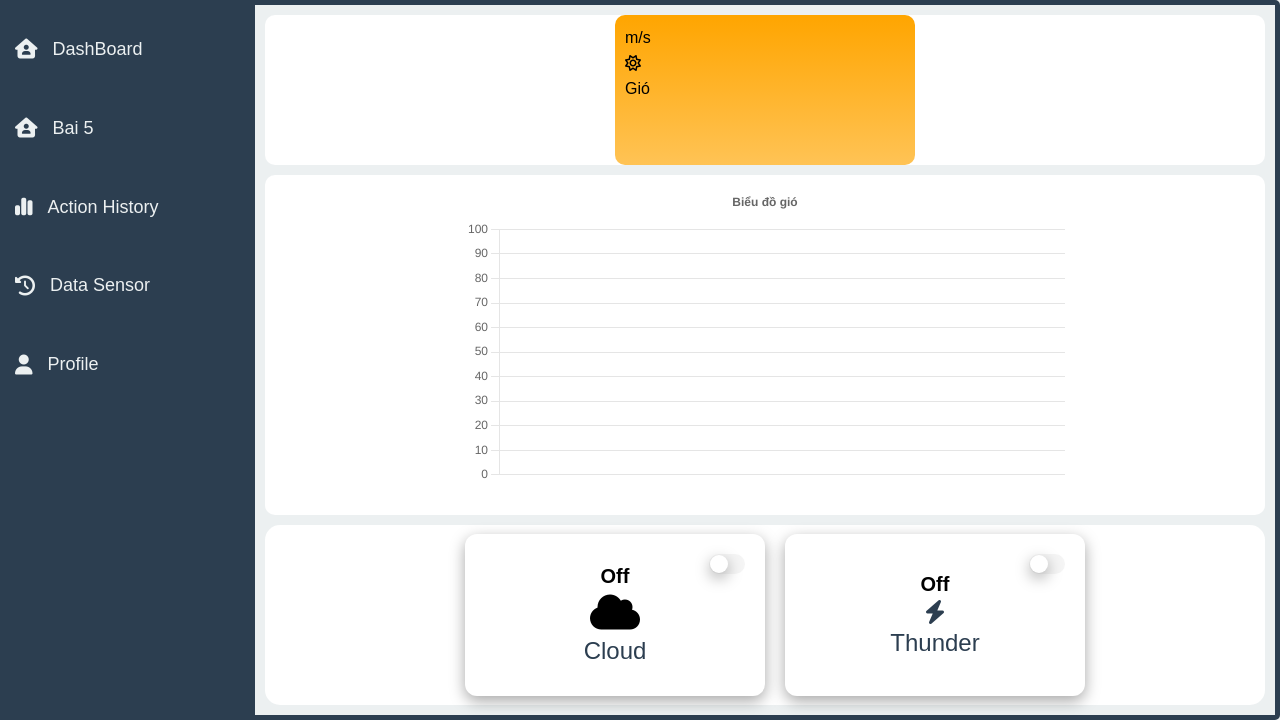
Repository: duongnoob23/duyyyy
Page: /bai5 (app in iot/)
These files come from the project's save history. The page is drawn as it stood at one moment and after the next save; the edit follows.
The browser window is 1280 px wide. The page is 1285 px wide, so the pictures cover 1285 px, including what lies to the right of the window. The pictures show the whole page.
The page's requests for data from a server got no answer. Some web libraries are served in a nearby version. The project was rebuilt for these pictures with package versions that can differ from the ones it lists, and the page was loaded fresh each time. No one was signed in, and anything a server would have sent is missing. Also part of the build but not shown: iot/src/App.css, iot/src/Components/Doughnut/GaugeChart.js, iot/src/Components/LineChart/LineChartECharts.js, iot/src/Pages/Home/Home.js, iot/src/Pages/DataLogs/DataLogs.js, iot/src/Pages/Profile/Profile.css, iot/src/Pages/Profile/Profile.js, iot/src/Pages/Action/Action.js and 1 more.

Above is the page before, as saved 2024-12-02 22:05:22.

### iot/public/index.html
<!DOCTYPE html>
<html lang="en">
  <head>
    <meta charset="utf-8" />
    <link rel="icon" href="%PUBLIC_URL%/favicon.ico" />
    <meta name="viewport" content="width=device-width, initial-scale=1" />
    <meta name="theme-color" content="#000000" />
    <meta
      name="description"
      content="Web site created using create-react-app"
    />
    <link rel="apple-touch-icon" href="%PUBLIC_URL%/logo192.png" />
    <!--
      manifest.json provides metadata used when your web app is installed on a
      user's mobile device or desktop. See https://developers.google.com/web/fundamentals/web-app-manifest/
    -->
    <link rel="manifest" href="%PUBLIC_URL%/manifest.json" />
    <!--
      Notice the use of %PUBLIC_URL% in the tags above.
      It will be replaced with the URL of the `public` folder during the build.
      Only files inside the `public` folder can be referenced from the HTML.

      Unlike "/favicon.ico" or "favicon.ico", "%PUBLIC_URL%/favicon.ico" will
      work correctly both with client-side routing and a non-root public URL.
      Learn how to configure a non-root public URL by running `npm run build`.
    -->
    <link rel="stylesheet" href="https://cdnjs.cloudflare.com/ajax/libs/font-awesome/6.6.0/css/all.min.css" integrity="sha512-Kc323vGBEqzTmouAECnVceyQqyqdsSiqLQISBL29aUW4U/M7pSPA/gEUZQqv1cwx4OnYxTxve5UMg5GT6L4JJg==" crossorigin="anonymous" referrerpolicy="no-referrer" />
    <title>React App</title>
    <script src="https://code.highcharts.com/highcharts.js"></script>
  </head>
  <body>
    <noscript>You need to enable JavaScript to run this app.</noscript>
    <div id="root"></div>
    <!--
      This HTML file is a template.
      If you open it directly in the browser, you will see an empty page.

      You can add webfonts, meta tags, or analytics to this file.
      The build step will place the bundled scripts into the <body> tag.

      To begin the development, run `npm start` or `yarn start`.
      To create a production bundle, use `npm run build` or `yarn build`.
    -->
  </body>
</html>

### iot/src/index.js
import React from 'react';
import { DatePicker } from 'antd';
import ReactDOM from 'react-dom/client';
import './index.css';
import App from './App';
import reportWebVitals from './reportWebVitals';
import { BrowserRouter } from 'react-router-dom';


const root = ReactDOM.createRoot(document.getElementById('root'));
root.render(
  // <React.StrictMode>
  <BrowserRouter>
    <App />
  </BrowserRouter>

  // </React.StrictMode>
);


reportWebVitals();

### iot/src/index.css
body {
  margin: 0;
  font-family: -apple-system, BlinkMacSystemFont, 'Segoe UI', 'Roboto', 'Oxygen',
    'Ubuntu', 'Cantarell', 'Fira Sans', 'Droid Sans', 'Helvetica Neue',
    sans-serif;
  -webkit-font-smoothing: antialiased;
  -moz-osx-font-smoothing: grayscale;
}

code {
  font-family: source-code-pro, Menlo, Monaco, Consolas, 'Courier New',
    monospace;
}

*{
  box-sizing: border-box;
  font-family: Arial, Helvetica, sans-serif;
}

html{
  font-size: 62.5%;
}

ul,li{
  list-style-type: none;
  margin: 0;
  padding:0;
}
a{
  text-decoration: none;
}

body{
  margin: 0;
  padding: 0;

}

### iot/src/App.js
// import logo from './logo.svg';
import './App.css';
import Layout from './Components/Layout/Layout';
import { Routes,Route} from 'react-router-dom';
import Home from './Pages/Home/Home';
import DataLogs from './Pages/DataLogs/DataLogs';
import Profile from './Pages/Profile/Profile';
import Action from './Pages/Action/Action';
import Bai5 from './Pages/Bai5/Bai5';
function App() {
  return (
    <>

      <Routes>
          <Route path="/" element = {<Layout/>}>
            <Route path='home' element={<Home/>}/>
            <Route path='bai5' element={<Bai5 />}/>
            <Route path='datalogs' element={<DataLogs/>}/>
            <Route path='profile' element={<Profile/>}/>
            <Route path='action' element={<Action/>}/>
          </Route>
      </Routes>
    </>
  );
}

export default App;

### iot/src/Components/Layout/Layout.js
import './Layout.css'
import { Link, Outlet, } from "react-router-dom";
// import { useState } from "react";

function Layout(){

    return (
        <>

        <div className="dashBoard">
        <div className="sideBar">
            <ul className="sideBar-list">
                <li className="sideBar-item">
                    {/* <a  href="#" className="sideBar-icon">
                        <i className="fa-solid fa-house-user">
                        </i>
                        <span className='sideBar-text'>DashBoard</span>
                    </a> */}
                    <Link className='sideBar-icon' to={"/home"}>
                        <i className="fa-solid fa-house-user">
                        </i>
                        <span className='sideBar-text'>DashBoard</span>
                    </Link>
                </li>
                <li className="sideBar-item">
                    <Link className='sideBar-icon' to={"/bai5"}>
                        <i className="fa-solid fa-house-user">
                        </i>
                        <span className='sideBar-text'>Bai 5</span>
                    </Link>
                </li>
                <li className="sideBar-item">
                <Link  className="sideBar-icon" to={"/action"}>
                    <i className="fa-solid fa-chart-simple"></i>
                        <span className='sideBar-text'>Action History</span>
                    </Link>
                </li>
                <li className="sideBar-item">
                    <Link className="sideBar-icon" to={"/datalogs"} >
                    <i className="fa-solid fa-clock-rotate-left"></i>
                        <span className='sideBar-text'> Data Sensor</span>
                    </Link>
                </li>
                <li className="sideBar-item">

                    <Link className="sideBar-icon" to={"/profile"}>
                        <i className="fa-solid fa-user"></i>
                        <span className='sideBar-text'>Profile</span>
                    </Link>
                </li>
            </ul>
        </div>
        <div className="sideMain">
            <Outlet/>
        </div>
    </div>
        </>
    )
}

export default Layout;

### iot/src/Components/Layout/Layout.css


/* Reset default padding and margins */
* {
    margin: 0;
    padding: 0;
    box-sizing: border-box;
}

/* DashBoard container */
.dashBoard {
    display: flex;
    height : 100vh;
    font-family: 'Roboto', sans-serif;
}

/* SideBar styling */
.sideBar {
    width: 250px;
    background-color: #2c3e50;
    padding: 20px 0;
    position: fixed;
    height: 100%;
    transition: all 0.3s ease;
}

.sideBar-list {
    list-style: none;
    padding-left: 0;
}

.sideBar-item {
    margin-bottom: 20px;
}

.sideBar-icon {
    display: flex;
    align-items: center;
    padding: 15px;
    color: #ecf0f1;
    text-decoration: none;
    transition: background 0.3s ease, color 0.3s ease;
}

.sideBar-icon i {
    margin-right: 15px;
    font-size: 20px;
}

/* Hover effect for sidebar items */
.sideBar-icon:hover {
    background-color: #34495e;
    color: #1abc9c;
    cursor: pointer;
    padding-left: 25px; /* Add a slide effect */
    transition: all 0.3s ease;
}

.sideBar-text {
    font-size: 18px;
}

/* Active link effect */
.sideBar-icon.active {
    background-color: #1abc9c;
    color: #fff;
    border-radius: 8px;
    transition: all 0.3s ease;
}

/* SideMain styling */
.sideMain {
    margin-left: 250px;
    background-color: #ecf0f1;
    flex-grow: 1;
}

/* Responsive Design */
@media screen and (max-width: 768px) {
    .sideBar {
        width: 200px;
    }

    .sideBar-icon {
        padding: 10px;
    }

    .sideMain {
        margin-left: 200px;
        padding: 20px;
    }
}

@media screen and (max-width: 576px) {
    .sideBar {
        width: 60px;
    }

    .sideBar-icon i {
        margin-right: 0;
        text-align: center;
        flex: 1;
    }

    .sideBar-text {
        display: none;
    }

    .sideMain {
        margin-left: 60px;
        padding: 10px;
    }
}

### iot/src/Pages/Home/Home.css
/* General Styling */
.main {
    display: flex;
    flex-direction: column;
    height : 100%; /* Chiếm toàn bộ chiều cao của màn hình */

    box-sizing: border-box; /* Đảm bảo padding không làm thay đổi kích thước */
}

.section {
  width: 100%;
  height : 100%;
}



.section-one{
    width: 100%;
    height : 100%;
    display: flex;
    flex-direction: row;

}

.left{
  width: 75%;
}

.right{
  width: 25%;
}

.sensor{
    height: 30%;
}


.sensor-list {
    height: 100%;
    display: flex;
    list-style-type: none;
    padding: 0;
    margin: 0;
    justify-content: space-between; /* Rải đều các phần tử trong container */
    width: 100%; /* Chiếm toàn bộ chiều rộng của màn hình */
}

.sensor-item {
    flex: 1; /* Các phần tử sẽ tự động chiếm đều không gian */
    /* padding: 5px; */
    background-color: #ffffff;
    border-radius: 12px;
    box-shadow: 0 4px 12px rgba(0, 0, 0, 0.1);
    display: flex;
    flex-direction: column;
    align-items: center;
    text-align: center;
    margin: 10px;
    min-width: 50px; /* Đảm bảo các phần tử không quá nhỏ */
}
  .sensor-item .sensor-digit {
    font-size: 1.2em;
    font-weight: bold;
    margin-bottom: 5px;
    color: #333;
  }

  .sensor-item:nth-child(2){
    /* margin:10px 20px; */
  }

  .sensor-bar {
    width: 100%;
    height: 100px;
    background-color: #e0e0e0;
    border-radius: 8px;
    position: relative;
    overflow: hidden;
    margin: 10px 0;
  }

  .sensor-fill {
    position: absolute;
    bottom: 0;
    width: 100%;
    border-radius: 8px;
  }

  .sensor-item.light .sensor-fill {
    background-color: #ffb74d; /* Soft orange for light */
  }

  .sensor-item.temperature .sensor-fill {
    background-color: #ef5350; /* Soft red for temperature */
  }

  .sensor-item.humidity .sensor-fill {
    background-color: #42a5f5; /* Soft blue for humidity */
  }

  .label {
    font-size: 0.9em;
    font-weight: 600;
    color: #777;
  }
  /* Chart Section */
  .chart {
    height: 70%;
    width: 100%;
    /* margin-top: 20px; */
    /* margin: 15px; */
    padding: 0;
  }
.styleChart{
  aspect-ratio: 7/3;
}
  /* Electric Section */
  .electric {
    width: 100%;
    margin-top: 5px;
  }

  .electric-list {
    list-style: none;
    padding: 0;
    margin: 0;
    display: flex;
    flex-direction: column;
    justify-content: space-around;
    gap: 15px;
  }

  .electric-item {
    /* flex: 1; */
    text-align: center;
    padding: 20px;
    background-color: #f9f9f9;
    border-radius: 10px;
    box-shadow: 0px 4px 10px rgba(0, 0, 0, 0.1);
    transition: transform 0.3s ease, box-shadow 0.3s ease;
    width: 300px;
  }




  .electric-box {
    position: relative;
    margin-bottom: 10px;
  }

  .electric-input {
    display: none;
  }

  .electric-label {
    display: block;
    width: 60px;
    height: 30px;
    background-color: #ddd;
    border-radius: 15px;
    position: relative;
    cursor: pointer;
    transition: background-color 0.3s;
  }



  .electric-input:checked + .electric-label {
    background-color: #4caf50;
  }

  .electric-input:checked + .electric-label:before {
    left: 31px;
  }

  .on-off {
    font-weight: bold;
    margin-top: 8px;
    font-size: 16px;
  }

  .electric-item i {
    font-size: 36px;
    color: #4caf50;
  }

  .electric-item .light-icon,
  .electric-item .temp-icon,
  .electric-item .air-icon {
    color: #aaa;
  }

/* css button  */

### iot/src/Components/Helper/URL.js
export const URL = "http://localhost:3001";

### iot/src/Pages/DataLogs/DataLogs.css
*{
    box-sizing: border-box;
}
.table {
    width: 90%;
    border-collapse: collapse;
    margin: 10px;
    border-radius:10px;
    overflow: hidden;
}

.data{
    border:5px solid #2c3e50;
    border-radius: 0 5px 5px 0;
    height: 100%;
}

.table__body{
    border-radius: 10px;
    border: 2px solid #2c3e50;
}

.table__head{
    border: 2px solid #2c3e50;
}
th, td {
    padding: 10px;
    text-align: center;
    border-bottom: 1px solid #ddd;
}
th {
    background-color: #2c3e50;
    color: white;
}

.table-row__body{
    transition: all 0.1s linear;

}
.table-row__body:nth-child(even){
    background-color: #eee;

}
.table-row__body:hover{
    background-color: #2c3e50;
    color: #F4C427;

}

.table-row__body:active{
    background-color: #2c3e50;
    color: #F4C427;
}
.data__title{
    margin-left: 10px;
    font-size: 20px;
    font-weight: bold;
}

.data__sort{
    margin-left: 10px;
    font-size: 15px;
    font-weight: bold;
    margin-bottom: 10px;

}

.data__in{
    border-radius: 10px;
    border: 2px solid #7A40F2;
    margin: 10px;
}

### iot/src/Pages/Action/Action.css
* {
    box-sizing: border-box;
    font-family: 'Arial', sans-serif; /* Change this to your preferred font */
    font-size: 16px; /* Default font size */
    line-height: 1.6; /* Controls line spacing */
}


.action {
    border: 5px solid #2c3e50;
    border-radius: 0 5px 5px 0;
    height: 100vh; /* Full viewport height */
    display: flex;
    flex-direction: column;
    justify-content: space-between; /* Distribute space evenly */
}

.action-title {
    margin-left: 10px;
    font-size: 24px;
    font-weight: bold;
    margin-bottom: 20px;
}

.option {
    display: flex;
    align-items: center;
    margin-bottom: 20px;
}

.search {
    margin-left: 20px;
    display: flex;
    align-items: center;
}

.search__input {
    padding: 8px 15px;
    border-radius: 8px;
    outline: none;
    border: 1px solid #2c3e50;
    margin-right: 5px;
    font-size: 16px;
}

.search__icon {
    cursor: pointer;
    font-size: 20px;
    color: #2c3e50;
}

.select, .select2 {
    margin-left: auto;
    padding: 0 10px;
}

.select__list {
    padding: 8px 12px;
    border-radius: 8px;
    border: 1px solid #2c3e50;
    outline: none;
    font-size: 16px;
}

/* Table container to control overflow */
.table__container {
    flex-grow: 1;
    overflow-y: auto;
    border-radius: 10px;
    margin: 0 20px;
    padding-bottom: 20px;
}

.table {
    width: 100%;
    border-collapse: collapse;
}

.table__head {
    background-color: #2c3e50;
    color: white;
    border-radius: 10px 10px 0 0;
}

.table-row__head th, .table-row__body td {
    padding: 10px;
    text-align: center;
}

.table-row__body:nth-child(even) {
    background-color: #f7f7f7;
}

.table-row__body:hover {
    background-color: #2c3e50;
    color: #F4C427;
}

/* Maintain height to ensure 10 rows fill the page */
.table-row__body {
    height: 40px; /* Adjust this based on design preferences */
    transition: background-color 0.3s;
}

.table__body {
    border-radius: 0 0 10px 10px;
}

.pagination {
    margin-right: 20px;
    padding: 10px 0;
    text-align: right;
}

.pagi__list {
    display: flex;
    justify-content: flex-end;
    align-items: center;
    font-size: 16px;
}

.pagi__item {
    margin: 0 5px;
    cursor: pointer;
    padding: 5px 10px;
    border: 1px solid #3498db;
    border-radius: 5px;
    transition: background-color 0.3s;
}

.pagi__next, .pagi__pre {
    color: #3498db;
}

.pagi__cur {
    font-weight: bold;
    color: #fff;
    background-color: #15181b;
    border-radius: 5px;
    padding: 5px 10px;
}

/* Ensure last row visibility */
.table__container::-webkit-scrollbar {
    width: 6px;
}

.table__container::-webkit-scrollbar-thumb {
    background-color: #121518;
    border-radius: 10px;
}

### iot/src/Pages/Bai5/Bai5.css
.main{
    width: 100%;
    padding:10px;
    height: 100%;
    border:5px solid #2c3e50;
    border-radius: 0 5px 5px 0;
}


.section{
}

.section .section-two{
    height: 100%;
    width: 100%;
    display: flex;
    flex-direction: column;
}



.control{
    background-color: white;
    border-radius: 15px;
}

.control-list{
    display: flex;
    justify-content: center;
    align-items: center;
    margin-left: -20px;
    height: 100%;
}

.control-item{
    width: 80%;
    height: calc(100% / 3 - 10px);
    margin-left: 20px;
    border-radius: 10px;
    padding: 10px;
    box-shadow: rgba(0, 0, 0, 0.35) 0px 5px 15px;
    color:#2c3e50;
    display: flex;
    flex-direction: column;
    justify-content: space-between;
    font-size: 15px;
    transition: all 0.25s linear;
    position: relative;
}



.control-item i{
    font-size: 40px;
}

.control-item .on-off{
    font-size: 20px;
    color: black;
    margin-top: 0;
}

.control-item:hover .on-off{
}

.control-input{
    display: none;
}

.control-input:checked + .control-label{
    background-color: #2c3e50;
    box-shadow: white 0px 5px 15px;
}

.control-input:checked + .control-label:after{
    background-color: white;
    transform: translateX(17px);
}
.control-input:checked .temperature{
    color: #2c3e50;
}


.control-label{
    position: absolute;
    top:20px;
    right: 20px;
    width: 36px;
    height: 20px;
    border-radius: 20px;
    background-color: #F5F5F5;
    transition: all 0.25s linear;
    cursor: pointer;
}

.control-label:after{
    cursor: pointer;
    content: "";
    position:  absolute;
    top:1px;
    left: 1px;
    width: 18px;
    height: 18px;
    border-radius: 50%;
    background-color: white;
    transition: all 0.25s linear;
    box-shadow: rgba(0, 0, 0, 0.35) 0px 5px 15px;
}

.control-item .control-light{
    display: inline-block;
    font-size: 40px;
    color: black;
    transition: all 0.4s linear;
    display: flex;
    justify-content: center;
    align-items: center;
}
.control-item .control-light.show{
    color: yellow;
    filter: drop-shadow(0 0 10px rgba(255, 255, 0, 0.8)) drop-shadow(0 0 20px rgba(255, 255, 0, 0.642));
}

.control-item .control-air{
    display: flex;
    justify-content: center;
    align-items: center;
    color:black;
}

.control-item .control-air.show{
    content: "";
    animation:spin 2s linear infinite;
    color:#3acbe9;
    transition: all 0.4s linear;
}

.control-item .control-temperature{
    display: flex;
    justify-content: center;
    align-items: center;
    color:black;
}

.control-item .control-temperature.show{
    background-image: linear-gradient(to top,red,yellow);
    color:transparent;
    background-clip: text;
    transition: all 0.4s linear;
}

@keyframes spin {
    to{
        transform: rotate(720deg);
    }
  }

.meter{
    background-color: white;
    padding:10px;
    border-radius: 15px;
    margin-bottom: 5px;
}

.meter-list{
    display: flex;
    justify-content: center;
    align-items: center;
    margin-left: -20px;
}

.meter-item{
    width: calc(100% / 3 - 20px);
    height: 120px;
    margin-left: 20px;
    border-radius: 10px;
    padding: 10px;
    box-shadow: rgba(0, 0, 0, 0.35) 0px 5px 15px;
    color:black;
    display: flex;
    flex-direction: column;
    justify-content: space-between;
    font-size: 18px;
    transition: all 0.25s linear;
    position: relative;
}
.meter-item:first-child{
    background-color: #f4c427;
    }



.meter-item:last-child{
    background-color: #3acbe9;
}

.meter-item:nth-child(2){
    background-color: #FF9060;
}

.meter-digit
{
    text-align: start;
    font-size: 24px;
    font-weight: white;
}

.chart{
    width: 100%;
    height: 50%;
    border-radius: 10px;
    background-color: white;
    padding:10px;
    margin-bottom: 10px;
    ;
}



.blink {
    background-color: yellow;
    /* animation: blink 1s infinite; */
    color:black;
  }

  @keyframes blink {
    0%, 100% {
      background-color: yellow;
      color:white;
    }
    50% {
      background-color: transparent;
    }
  }

.bai{
    width: 100%;
    height: 25%;
    background-color: white;
    margin-bottom: 10px;
    border-radius: 10px;
    overflow: hidden;
}
.bai5{
    background-color: white;
    margin: 0 auto;
    width: 300px;
    height: 100%;
    border-radius: 10px;
    overflow: hidden;
}

.bai5 .bai5-item{
    padding: 10px;
    height: 100%;
}
.control{
    width: 100%;
    height: 30%;
}

.control-list{
    height: 100%;
    display: flex;
    justify-content: center;
    align-items: center;
    margin-right: -20px;
}

.control-item{
    margin-left: 20px;
    width: 300px;
    height: 90%;
    padding: 10px;
    border-radius: 12px;
    font-size: 32px;
    display: flex;
    justify-content: center;
    align-items: center;
    flex-direction: column;
}

.control-item .text{
    font-size: 24px;
}

.control-item i{
    font-size: 24px;
}

### iot/src/Components/LineChart/LineChartFix.js
import React, { useEffect,useState } from 'react';
import { Line } from 'react-chartjs-2';
import { Chart as ChartJS, CategoryScale, LinearScale, PointElement, LineElement, Title, Tooltip, Legend } from 'chart.js';
import {URL} from '../Helper/URL';
ChartJS.register(CategoryScale, LinearScale, PointElement, LineElement, Title, Tooltip, Legend);



const LineChartFix = ({onDataUpdate}) => {


  const [dataChart,setDataChart] = useState({
    labels:[],
    datasets:[],
  })
  // console.log(onDataUpdate);
  const fetchApi = () => {
    fetch(URL + `/windspeed`)
      .then(res => res.json())
      .then(data => {
        if (data) {
          console.log(data);

          // Adding index (increasing order) to the data
          let indexedData = data.results.map((item, index) => ({
            ...item,
            index: index + 1 // Adding index starting from 1
          }));

          // Extract time, temperature, humidity, and light values
          let time = indexedData.map(item => item.time);
          let temperature = indexedData.map(item => item.temperature);
          let humidity = indexedData.map(item => item.humidity);
          let light = indexedData.map(item => item.light / 10);
          let windspeed = indexedData.map(item => item.light/10 + 13);
          setDataChart({
            labels: time,
            datasets: [
              {
                label: 'Tốc độ gió ',
                data: windspeed,
                borderColor: 'rgba(255, 206, 86, 1)',
                backgroundColor: 'rgba(255, 206, 86, 0.2)',
                tension: 0.4,
              },
            ],
          });

          const option = {
            windspeed: windspeed[windspeed.length - 1 ],
          };

          onDataUpdate(option);
        }
      });
  };

  useEffect(() => {
    fetchApi(); // Lần gọi đầu tiên ngay khi component mount

    // const interval = setInterval(() => {
    //   fetchApi(); // Gọi API mỗi 5 giây (5000ms)
    // }, 5000);

    // return () => clearInterval(interval); // Dọn dẹp interval khi component unmount
  }, []);


  const options = {
    responsive: true,
    plugins: {
      legend: {
        position: 'top',
      },
      title: {
        display: true,
        text: 'Biểu đồ gió',
      },
    },
    scales: {
      y: {
        beginAtZero: true,
        max: 100, // Đặt giá trị tối đa cho trục y
      },
    },
  };


  return (
    <div style={{
      width: '100%',
      height: '300px',
      margin: '0 auto',
      textAlign: 'center',
      display: 'flex',
      justifyContent: 'center', // Căn giữa theo chiều ngang
      alignItems: 'center',
    }}>
      <Line data={dataChart} options={options} />
    </div>
  );
};

// onDataUpdate={handleDataUpdate}
export default LineChartFix;

Loaded but not shown: iot/src/reportWebVitals.js (common file); iot/src/Pages/Bai5/Bai5.js (140 lines, source omitted)

After the next save:
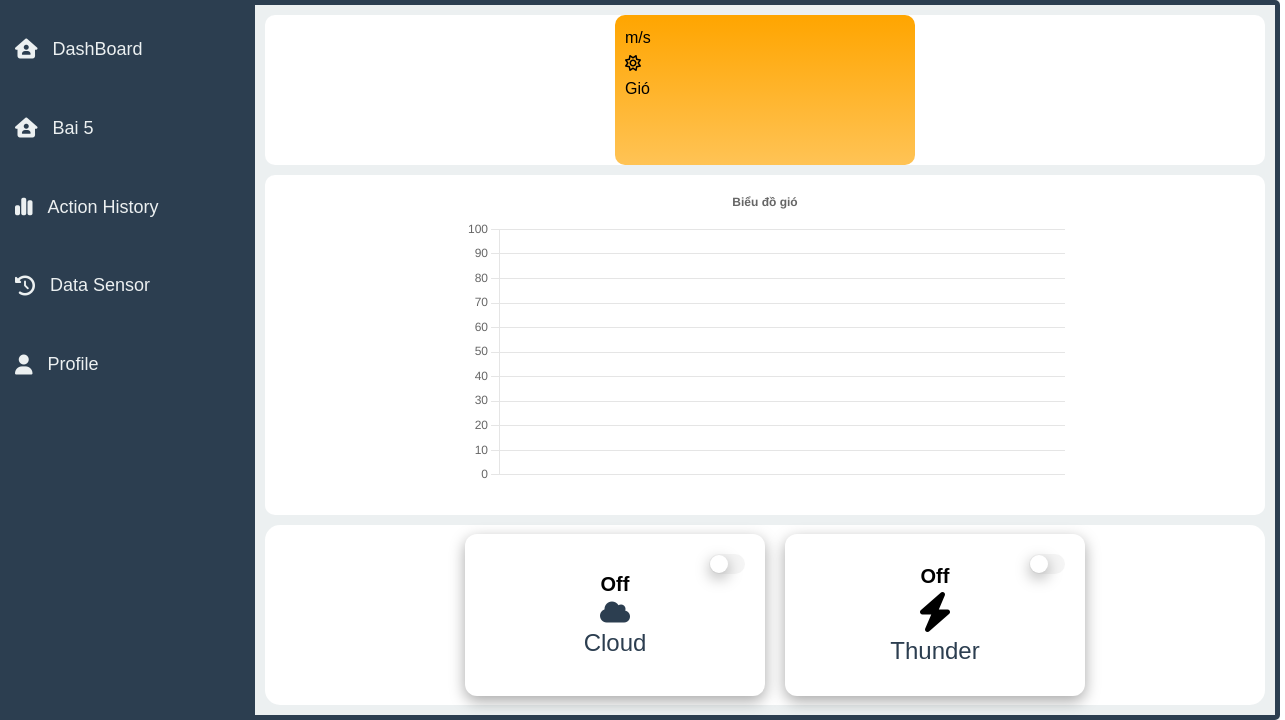
Saved 15 s later.
--- a/iot/src/Pages/Bai5/Bai5.css
+++ b/iot/src/Pages/Bai5/Bai5.css
@@ -107,7 +107,7 @@
     box-shadow: rgba(0, 0, 0, 0.35) 0px 5px 15px;
 }
 
-.control-item .control-light{
+.control-item .control-thunder{
     display: inline-block;
     font-size: 40px;
     color: black;
@@ -116,7 +116,7 @@
     justify-content: center;
     align-items: center;
 }
-.control-item .control-light.show{
+.control-item .control-thunder.show{
     color: yellow;
     filter: drop-shadow(0 0 10px rgba(255, 255, 0, 0.8)) drop-shadow(0 0 20px rgba(255, 255, 0, 0.642));
 }
